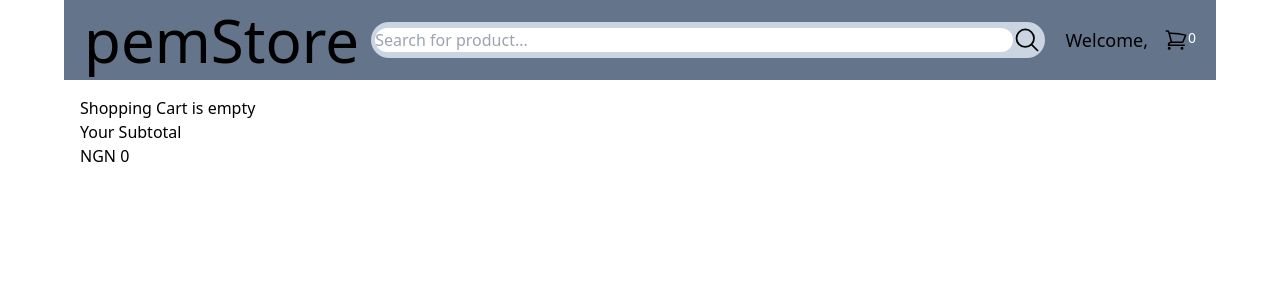
Repository: Semanmernstack/pemstore
Page: /checkout
An editor plug-in stored every save of this project. The page is shown before and after the next save, followed by the edit.
The browser window is 1280 px wide. The pictures show the whole page.
The page's requests for data from a server got no answer. The project was rebuilt for these pictures with package versions that can differ from the ones it lists, and the page was loaded fresh each time. The framework's server and built-in components were replaced by stand-ins that run in the browser. No one was signed in, and anything a server would have sent is missing. Also part of the build but not shown: next.config.js, components/CheckoutProduct.js.

Above is the page before, as saved 2022-11-06 04:45:22.

After the next save:
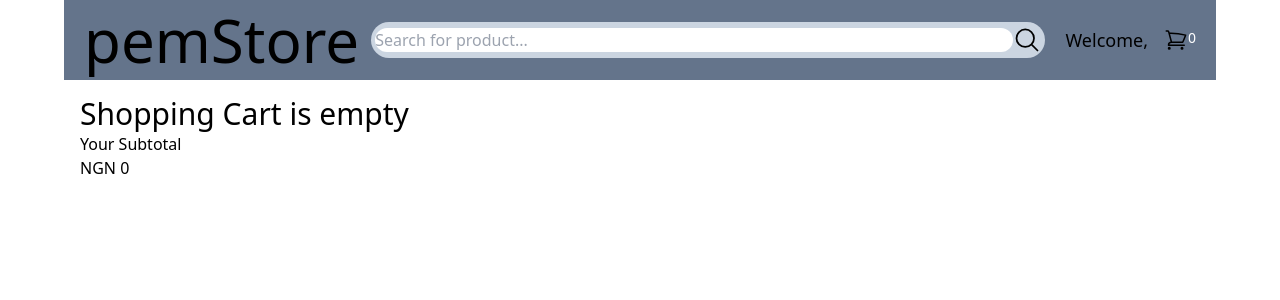
Saved 31 s later.
--- a/pages/checkout.js
+++ b/pages/checkout.js
@@ -12,7 +12,7 @@
     <div  className=" mx-auto max-w-6xl "  >
         <Header />
         <div className="h-20 p-4">
-        <div className="flex items-center ">
+        <div className="flex items-center text-3xl ">
             <h1>{items.length === 0 ? "Shopping Cart is empty"  : "Your  pemStore Cart" }   </h1>
             <p>{session?.user.name}</p>
         </div>

After the save that followed:
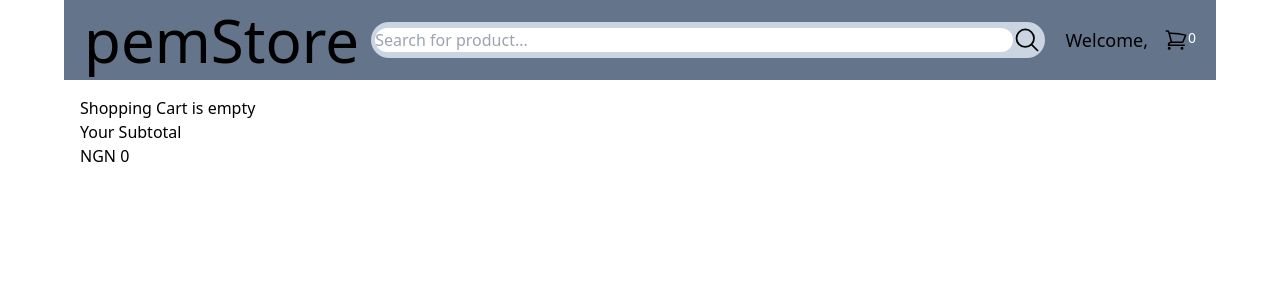
Saved 40 s later.
--- a/pages/checkout.js
+++ b/pages/checkout.js
@@ -12,7 +12,7 @@
     <div  className=" mx-auto max-w-6xl "  >
         <Header />
         <div className="h-20 p-4">
-        <div className="flex items-center text-3xl ">
+        <div className="flex items-center text- space-x-5 ">
             <h1>{items.length === 0 ? "Shopping Cart is empty"  : "Your  pemStore Cart" }   </h1>
             <p>{session?.user.name}</p>
         </div>
